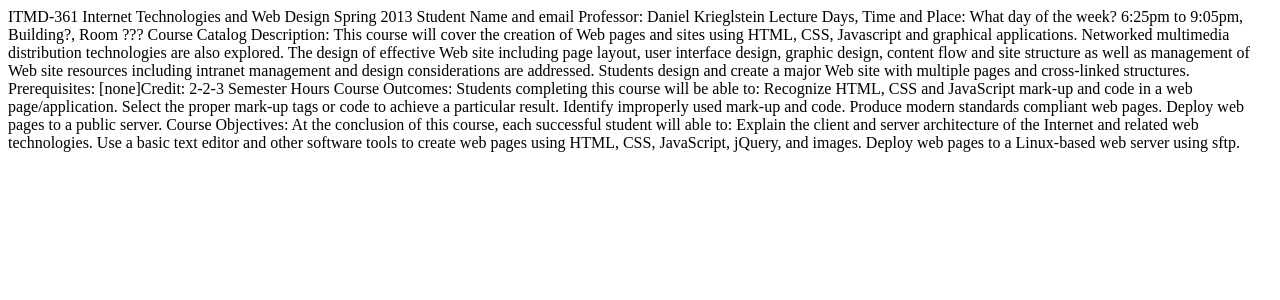
Repository: rishondass/ITMD361-Lab2
Page: lab2raw_text.html
The author's editor kept a copy of each file at every save. The page is drawn from the files as they stood at one save, then again after a run of saves.
The browser window is 1280 px wide. The pictures show the whole page.

Above is the page before, as saved 2023-01-13 14:04:21.

After the next 3 saves:
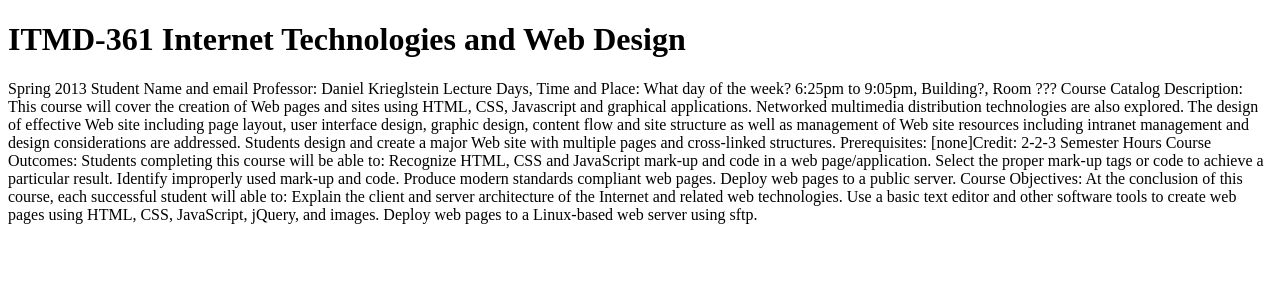
The 3 saves are shown as one change because they came seconds apart.
The last was saved 21 s later.
--- a/lab2raw_text.html
+++ b/lab2raw_text.html
@@ -7,11 +7,13 @@
     <title>ITMD-361 Internet Technologies and Web Design</title>
 </head>
 <body>
-
+    <h1>
+        ITMD-361 Internet Technologies and Web Design
+    </h1>
 </body>
 </html>
 
-ITMD-361 Internet Technologies and Web Design
+
 Spring 2013
 Student Name and email
 Professor:
